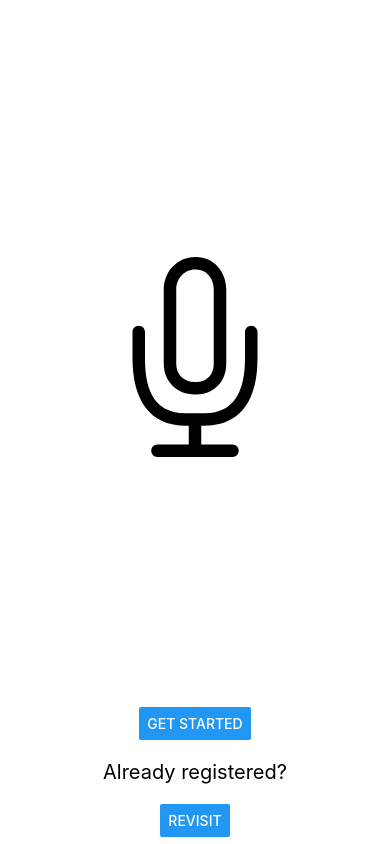
Repository: mortiestmorty1/recordings-app
Screen: / (app in frontend/)
An editor plug-in stored every save of this project. The screen is shown before and after the next save, followed by the edit.
The app was drawn by React Native's web renderer in a window 390 px wide. The project was rebuilt for these pictures with package versions that can differ from the ones it lists, and the page was loaded fresh each time. Also part of the build but not shown: frontend/components/registerUser.js.

Above is the screen before, as saved 2024-03-07 22:44:20.

### frontend/App.js
import { StatusBar } from 'expo-status-bar';
import { StyleSheet, View } from 'react-native';
import RegisterUser from './components/registerUser.js';
import React from 'react';
import FirstScreen from './components/firstscreen.js';

export default function App() {
  const handleRegistrationSuccess = (userData) => {
    console.log('User registered:', userData);
  };

  return (
    <View style={styles.container}>
      <FirstScreen />
      {/* <RegisterUser onSubmit={handleRegistrationSuccess} /> */}
      <StatusBar style="auto" />
    </View>
  );
}

const styles = StyleSheet.create({
  container: {
    flex: 1,
    backgroundColor: '#fff',
    alignItems: 'center',
    justifyContent: 'center',
  },
});

### frontend/components/firstscreen.js
import React, { useState } from 'react';
import {View, Text, Button, StyleSheet , Image } from 'react-native';
import { Svg, Circle, Rect,Path } from 'react-native-svg';

const FirstScreen = () => {
    return (
        <View style={styles.container}>
            <Svg style={styles.logo} fill="#000000" width="200" height="200" viewBox="0 0 1024 1024">
                <Path d="M510.88 704h7.6C607.44 704 672 638.4 672 548.032V166.624C672 73.184 604.56 0 518.466 0h-7.584C423.264 0 352 74.752 352 166.624v381.408C352 636.944 420.304 704 510.88 704zM416 166.624C416 110.032 458.56 64 510.88 64h7.6C569.504 64 608 108.128 608 166.624v381.408C608 603.024 572.032 640 518.464 640h-7.584c-55.872 0-94.88-37.808-94.88-91.968zM800 352c-17.68 0-32 14.336-32 32v133.072c0 190.4-67.968 282.929-207.744 282.929H465.12c-182.8 0-209.12-153.84-209.12-282.928V384.001c0-17.664-14.336-32-32-32s-32 14.336-32 32v133.072c0 220.496 91.888 346.928 273.12 346.928H480v96H320c-17.664 0-32 14.336-32 32s14.336 32 32 32h384c17.664 0 32-14.336 32-32s-14.336-32-32-32H544v-96h16.256C684.224 864.001 832 803.809 832 517.072V384c0-17.664-14.32-32-32-32z" />
            </Svg>
        <View style={styles.content}>
            <Button style={styles.btn1} title="Get Started"/>
            <Text style={styles.text}>Already registered?</Text>
            <Button style={styles.btn2} title="Revisit"/>
        </View>
        </View>
    );
}

const styles = StyleSheet.create({
    container: {
        flex: 1,
        justifyContent: 'center',
        alignItems: 'center',
    },

    logo: {
        width: 200,
        height: 200,
        bottom: 100,
    },
    text: {
        fontSize: 20,
        margin: 20,
    },
    content: {
        justifyContent: 'center',
        alignItems: 'center',
        top: 250,
    },
    btn1: {
        width: 100,
        height: 50,
        backgroundColor: 'white', // Sets the background color to white
        color: 'grey', // Sets the text color to grey (Note: This is for the text inside the button)
        borderRadius: 10, // Sets rounded borders with a radius of 10
        justifyContent: 'center', // Centers content vertically within the button
        alignItems: 'center', // Centers content horizontally within the button
    },
    btn2: {
        width: 100,
        height: 50,
    }
});

export default FirstScreen;

After the next save:
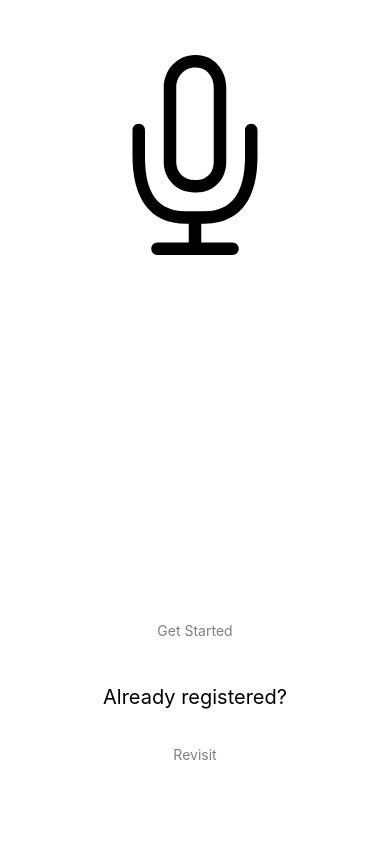
Saved 2 min 27 s later.
--- a/frontend/components/firstscreen.js
+++ b/frontend/components/firstscreen.js
@@ -1,56 +1,58 @@
-import React, { useState } from 'react';
-import {View, Text, Button, StyleSheet , Image } from 'react-native';
-import { Svg, Circle, Rect,Path } from 'react-native-svg';
+import React from 'react';
+import { View, Text, StyleSheet, TouchableOpacity } from 'react-native';
+import { Svg, Path } from 'react-native-svg';
 
 const FirstScreen = () => {
-    return (
-        <View style={styles.container}>
-            <Svg style={styles.logo} fill="#000000" width="200" height="200" viewBox="0 0 1024 1024">
-                <Path d="M510.88 704h7.6C607.44 704 672 638.4 672 548.032V166.624C672 73.184 604.56 0 518.466 0h-7.584C423.264 0 352 74.752 352 166.624v381.408C352 636.944 420.304 704 510.88 704zM416 166.624C416 110.032 458.56 64 510.88 64h7.6C569.504 64 608 108.128 608 166.624v381.408C608 603.024 572.032 640 518.464 640h-7.584c-55.872 0-94.88-37.808-94.88-91.968zM800 352c-17.68 0-32 14.336-32 32v133.072c0 190.4-67.968 282.929-207.744 282.929H465.12c-182.8 0-209.12-153.84-209.12-282.928V384.001c0-17.664-14.336-32-32-32s-32 14.336-32 32v133.072c0 220.496 91.888 346.928 273.12 346.928H480v96H320c-17.664 0-32 14.336-32 32s14.336 32 32 32h384c17.664 0 32-14.336 32-32s-14.336-32-32-32H544v-96h16.256C684.224 864.001 832 803.809 832 517.072V384c0-17.664-14.32-32-32-32z" />
-            </Svg>
-        <View style={styles.content}>
-            <Button style={styles.btn1} title="Get Started"/>
-            <Text style={styles.text}>Already registered?</Text>
-            <Button style={styles.btn2} title="Revisit"/>
-        </View>
-        </View>
-    );
-}
+  return (
+    <View style={styles.container}>
+      <Svg style={styles.logo} fill="#000000" width="200" height="200" viewBox="0 0 1024 1024">
+        <Path d="M510.88 704h7.6C607.44 704 672 638.4 672 548.032V166.624C672 73.184 604.56 0 518.466 0h-7.584C423.264 0 352 74.752 352 166.624v381.408C352 636.944 420.304 704 510.88 704zM416 166.624C416 110.032 458.56 64 510.88 64h7.6C569.504 64 608 108.128 608 166.624v381.408C608 603.024 572.032 640 518.464 640h-7.584c-55.872 0-94.88-37.808-94.88-91.968zM800 352c-17.68 0-32 14.336-32 32v133.072c0 190.4-67.968 282.929-207.744 282.929H465.12c-182.8 0-209.12-153.84-209.12-282.928V384.001c0-17.664-14.336-32-32-32s-32 14.336-32 32v133.072c0 220.496 91.888 346.928 273.12 346.928H480v96H320c-17.664 0-32 14.336-32 32s14.336 32 32 32h384c17.664 0 32-14.336 32-32s-14.336-32-32-32H544v-96h16.256C684.224 864.001 832 803.809 832 517.072V384c0-17.664-14.32-32-32-32z" />
+      </Svg>
+      <View style={styles.content}>
+        <TouchableOpacity style={styles.btn1} onPress={() => console.log("Get Started pressed")}>
+          <Text style={styles.btnText}>Get Started</Text>
+        </TouchableOpacity>
+        <Text style={styles.text}>Already registered?</Text>
+        <TouchableOpacity style={styles.btn1} onPress={() => console.log("Revisit pressed")}>
+          <Text style={styles.btnText}>Revisit</Text>
+        </TouchableOpacity>
+      </View>
+    </View>
+  );
+};
 
 const styles = StyleSheet.create({
-    container: {
-        flex: 1,
-        justifyContent: 'center',
-        alignItems: 'center',
-    },
-
-    logo: {
-        width: 200,
-        height: 200,
-        bottom: 100,
-    },
-    text: {
-        fontSize: 20,
-        margin: 20,
-    },
-    content: {
-        justifyContent: 'center',
-        alignItems: 'center',
-        top: 250,
-    },
-    btn1: {
-        width: 100,
-        height: 50,
-        backgroundColor: 'white', // Sets the background color to white
-        color: 'grey', // Sets the text color to grey (Note: This is for the text inside the button)
-        borderRadius: 10, // Sets rounded borders with a radius of 10
-        justifyContent: 'center', // Centers content vertically within the button
-        alignItems: 'center', // Centers content horizontally within the button
-    },
-    btn2: {
-        width: 100,
-        height: 50,
-    }
+  container: {
+    flex: 1,
+    justifyContent: 'center',
+    alignItems: 'center',
+  },
+  logo: {
+    width: 200,
+    height: 200,
+    marginBottom: 100, // Changed from bottom to marginBottom for better layout control
+  },
+  text: {
+    fontSize: 20,
+    margin: 20,
+  },
+  content: {
+    justifyContent: 'center',
+    alignItems: 'center',
+    marginTop: 250, // Changed from top to marginTop for better layout control
+  },
+  btn1: {
+    width: 100,
+    height: 50,
+    backgroundColor: 'white',
+    borderRadius: 10,
+    justifyContent: 'center',
+    alignItems: 'center',
+    marginBottom: 10, // Add space between buttons
+  },
+  btnText: {
+    color: 'grey', // Style for the text inside TouchableOpacity
+  },
 });
 
 export default FirstScreen;
